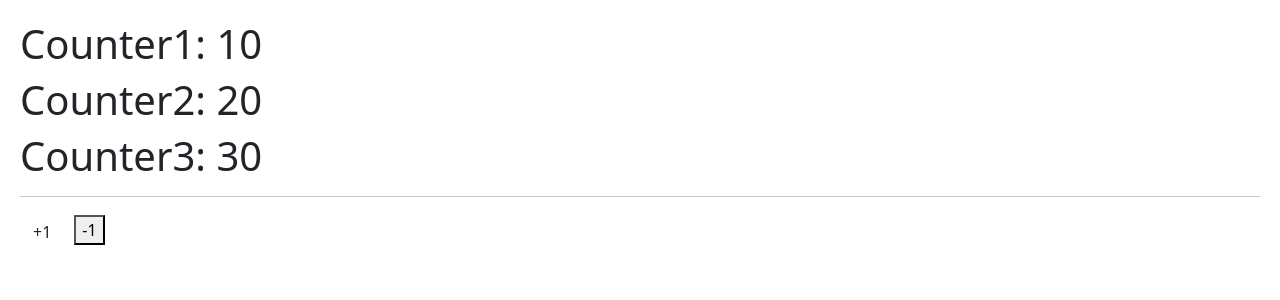
Repository: bryanesteban/hooks-App
Page: /
An editor plug-in stored every save of this project. The page is shown before and after the next save, followed by the edit.
The browser window is 1280 px wide. The pictures show the whole page.
The project was rebuilt for these pictures with package versions that can differ from the ones it lists, and the page was loaded fresh each time. Also part of the build but not shown: vite.config.js, src/HooksApp.jsx.

Above is the page before, as saved 2024-06-24 22:25:38.

### src/main.jsx
import React from 'react'
import ReactDOM from 'react-dom/client'
import './index.css'
import { HooksApp } from './HooksApp'
import { CounterApp } from './01-useState/CounterApp'

ReactDOM.createRoot(document.getElementById('root')).render(
  <React.StrictMode>
    <CounterApp />
  </React.StrictMode>,
)

### src/01-useState/CounterApp.jsx
import React, { useState } from 'react'

export const CounterApp = () => {

  const [counter, setcounter] = useState({
    Counter1: 10,
    Counter2: 20,
    Counter3: 30,
  });
    return (
    <>
    <h1>Counter1: { counter.Counter1 }</h1>
    <h1>Counter2: { counter.Counter2 }</h1>
    <h1>Counter3: { counter.Counter3 }</h1>
    <hr/>

    <button className='btn' onClick={ () => setcounter( counter + 1 )}>+1</button>
    <button onClick={ () => setcounter( counter - 1 )}>-1</button>

    </>
  )
}

Loaded but not shown: index.html (common file); src/index.css (common file)

After the next save:
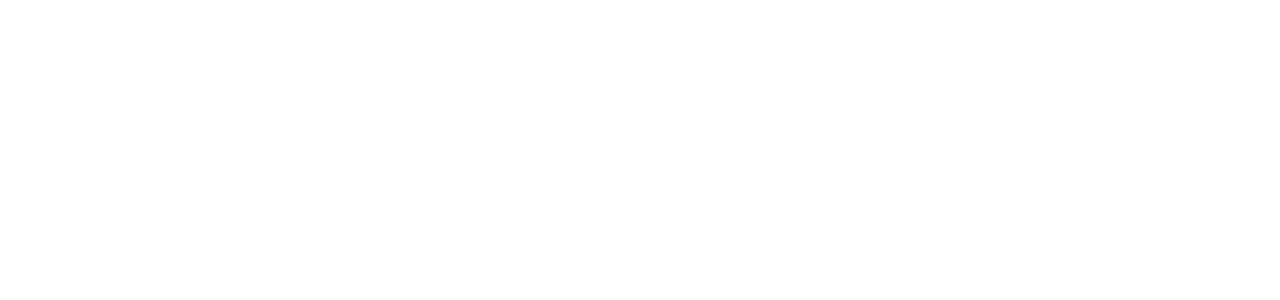
Console error: ReferenceError: counter is not defined
Saved 26 s later.
--- a/src/01-useState/CounterApp.jsx
+++ b/src/01-useState/CounterApp.jsx
@@ -2,7 +2,7 @@
 
 export const CounterApp = () => {
 
-  const [counter, setcounter] = useState({
+  const [{Counter1, Counter2, Counter3}, setcounter] = useState({
     Counter1: 10,
     Counter2: 20,
     Counter3: 30,

After the save that followed:
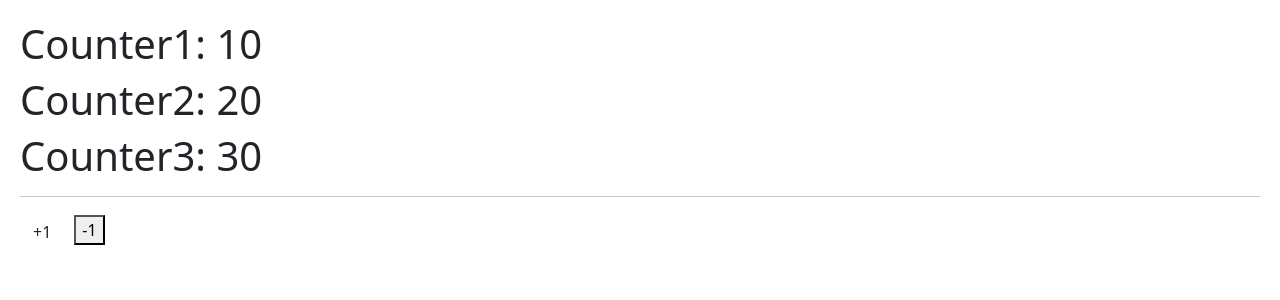
The error is gone.
Saved 10 s later.
--- a/src/01-useState/CounterApp.jsx
+++ b/src/01-useState/CounterApp.jsx
@@ -9,9 +9,9 @@
   });
     return (
     <>
-    <h1>Counter1: { counter.Counter1 }</h1>
-    <h1>Counter2: { counter.Counter2 }</h1>
-    <h1>Counter3: { counter.Counter3 }</h1>
+    <h1>Counter1: { Counter1 }</h1>
+    <h1>Counter2: { Counter2 }</h1>
+    <h1>Counter3: { Counter3 }</h1>
     <hr/>
 
     <button className='btn' onClick={ () => setcounter( counter + 1 )}>+1</button>
